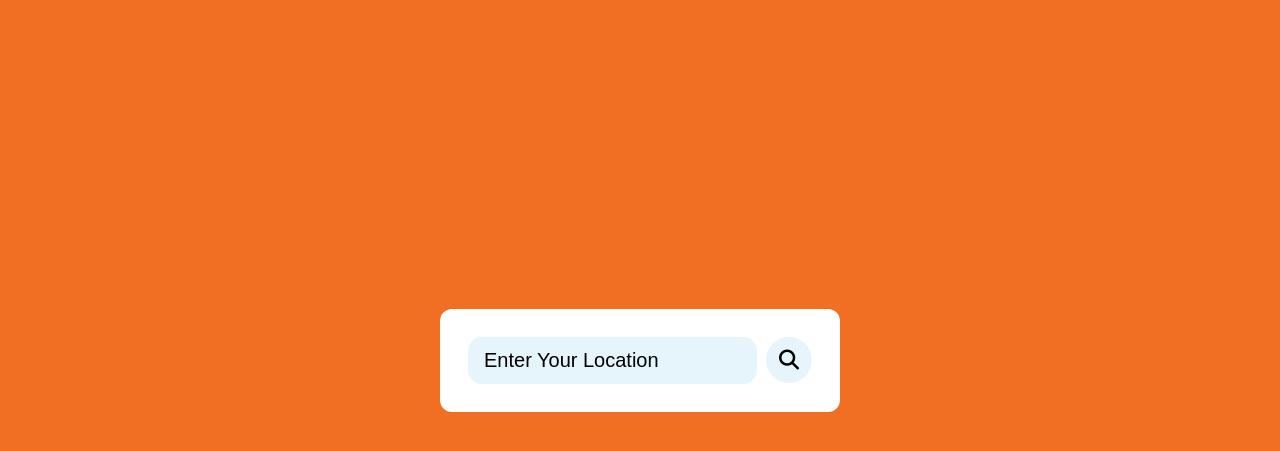
Repository: kapucuonur/weather-app
Page: index.html
The author's editor kept a copy of each file at every save. The page is drawn from the files as they stood at one save, then again after the next save.
The browser window is 1280 px wide. The pictures show the whole page.
Some web libraries are served in a nearby version.

Above is the page before, as saved 2024-11-16 15:20:16.

After the next save:
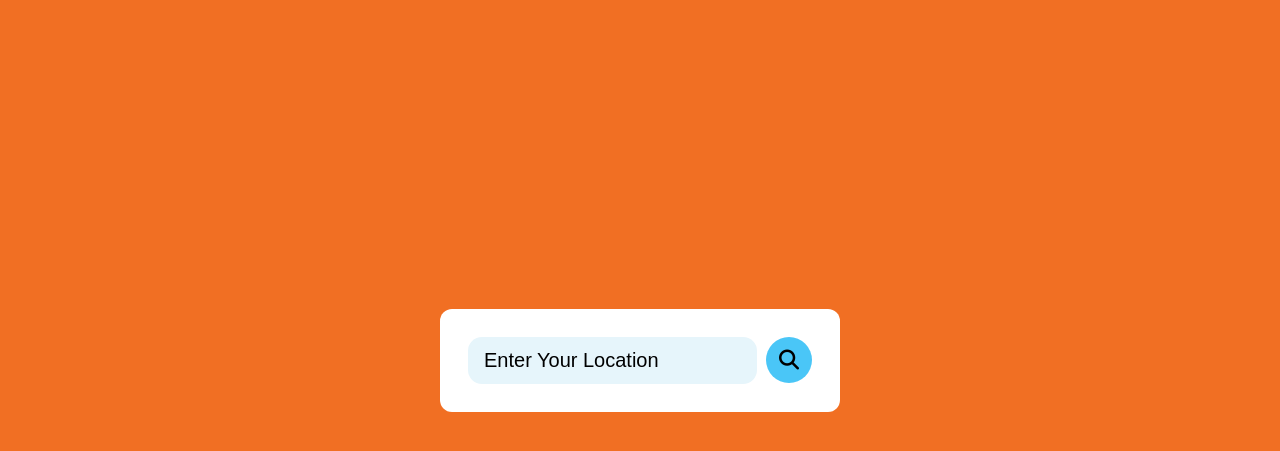
Saved 39 s later.
--- a/style.css
+++ b/style.css
@@ -48,7 +48,7 @@ body{
 .search-box button{
     width: 46px;
     height: 46px;
-    background-color: #e6f5fb;
+    background-color: #4ac6f7;
     border-radius: 50%;
     cursor: pointer;
     font-size: 20px;
